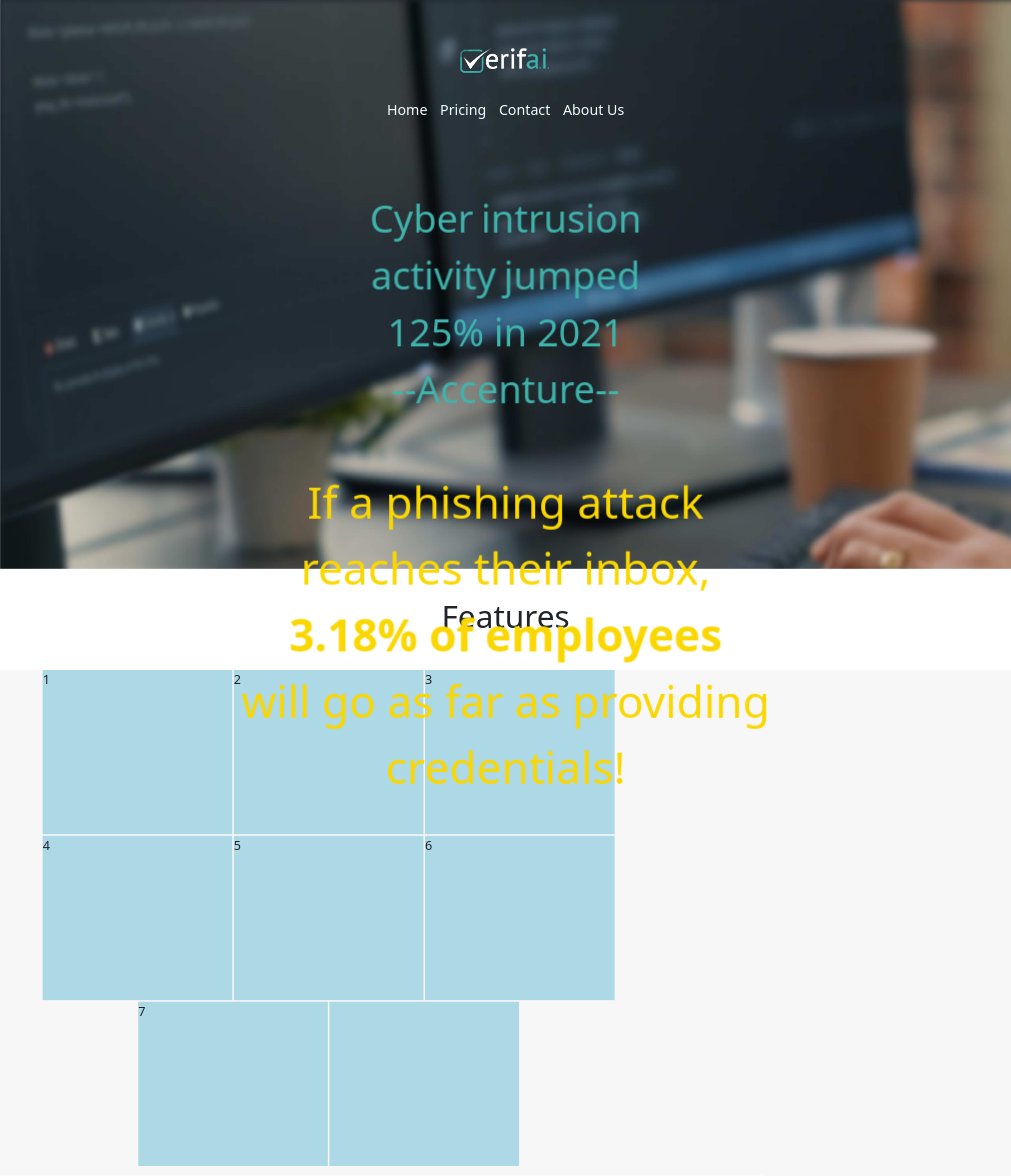
Repository: Ali-VB/verif-website
Page: /
An editor plug-in stored every save of this project. The page is shown before and after a run of saves, followed by the edit.
The browser window is 1280 px wide. The pictures show the whole page, at 79% of full size.
The project was rebuilt for these pictures with package versions that can differ from the ones it lists, and the page was loaded fresh each time.

Above is the page before, as saved 2022-04-19 10:59:25.

### src/index.css
 body {
  margin: 0;
  padding: 0;
  font-family: -apple-system, BlinkMacSystemFont, 'Segoe UI', 'Roboto', 'Oxygen',
    'Ubuntu', 'Cantarell', 'Fira Sans', 'Droid Sans', 'Helvetica Neue',
    sans-serif;
  -webkit-font-smoothing: antialiased;
  -moz-osx-font-smoothing: grayscale;
}

/* code {
  font-family: source-code-pro, Menlo, Monaco, Consolas, 'Courier New',
    monospace;
}  */

### src/App.js
import React from "react";
import './App.css'
import Navbar from './components/Navbar/Navbar';
import Features from './components/Features/Features'
import Header from './components/Header/Header'


function App() {
  return (
    <div>
      <div className="nav-bg">
        <Navbar />
        <Header />

      </div>
       <Features />
    </div>

  );
}

export default App;

### src/App.css

.nav-bg{
    background-image: url("./Assets/imgs/nav-bg.png");
    height: 100vh;
}

### src/components/Navbar/Navbar.jsx
import React from "react";
import "./Navbar.css";
import verifLogo from "../../Assets/imgs/logo_verif_white.png";
import Header from "../Header/Header";

function Navbar() {
  return (
    <div className="container">
      <div className=" navbar">
        <img className="verif-logo" src={verifLogo} alt="verif-logo" />
        <ul className="navLink">
          <li>Home</li>
          <li>Pricing</li>
          <li>Contact</li>
          <li>About Us</li>
        </ul>
      </div>
    </div>
  );
}

export default Navbar;

### src/components/Features/Features.jsx
import React from "react";
import "./Features.css";
const Features = () => {
  return (
    <div>
      <div className="features-title-section">
        <h1 className="features-title">Features</h1>
      </div>
      <div className="features-section">
        <div className="feature-table">
          <div>1</div>
          <div>2</div>
          <div>3</div>
          <div>4</div>
          <div>5</div>
          <div>6</div>
          <div>7</div>
          <div></div>
        </div>
      </div>
    </div>
  );
};

export default Features;

### src/components/Header/Header.jsx
import React from "react";
import "./Header.css";

export default function Header() {
  return (
    <div className="header-animated">
      <div className="text-first">
        <span className="text-first-span">Cyber</span>
        <span className="text-first-span">intrusion</span>
        <span className="text-first-span">activity</span>
        <span className="text-first-span">jumped</span>
        <span className="text-first-span">125% in 2021</span>
        <span className="text-first-span">--Accenture--</span>
      </div>
      <div className="text-second">
        <span className="text-second-span">If a phishing attack reaches their inbox,</span>
        <span className="text-second-span">3.18% of employees</span>
        <span className="text-second-span">
          will go as far as providing credentials!
        </span>
      </div>
    </div>
  );
}

### src/components/Navbar/Navbar.css

.navbar{
    display: flex;
    flex-direction: column;
    justify-content: center;
    height:10rem;
}
.verif-logo{
    width: 8rem;
    margin-top: 3rem;
}
.verif-logo:hover{
    cursor: pointer;
}
.navLink{
    margin: 0;
    padding:0;
    list-style-type: none;
    display: flex;
    color: azure;
    font-size: 18px;
    gap: 1rem;

}
.navLink:hover{
    cursor: pointer;
}

### src/components/Features/Features.css
.features-title-section{
    height: 8rem;
    display: flex;
    justify-content: center;
    align-items: center;
}
.features-title{

}
.features-section{
    height: 40rem;
    background-color: #f7f7f7;
}
.feature-table{
    display: flex;
    flex-wrap: wrap;
    justify-content: center;
    align-items: center;
    align-content: center;
    width: 65%;
    /* height: 80vh; */
    overflow: auto;
    flex-direction: row;
    gap: 2px ;
}
.feature-table div{
    width: 15rem;
    height: 13rem;
    /* margin: 5px; */
    background-color: lightblue;
    /* border: 1px solid red; */
}

### src/components/Header/Header.css
.header-animated{
    overflow-wrap:break-word;
    margin:0 auto;
    padding: 3rem 5rem;
}

.text-first {
    padding: 2rem 2rem;
    color: #40B3AC;
    font-size:3rem;
    width: 40%;
    margin: 0 auto;
    text-align: center;
    transform: scale(0.94);
    animation: scale 2s forwards cubic-bezier(0.5, 1, 0.89, 1);
  }
.text-second {
    padding: 2rem 2rem;
    color: #FAD700;
    font-size:3.5rem;
    width: 70%;
    margin: 0 auto;
    text-align: center;
    transform: scale(0.94);
    animation: scale 3s forwards cubic-bezier(0.5, 1, 0.89, 1);
  }
  @keyframes scale {
    100% {
      transform: scale(1);
    }
  }

  .text-first-span {
    display: inline-block;
    opacity: 0;
    filter: blur(4px);
  }

  .text-first-span:nth-child(1) {
    animation: fade-in 1s 0.1s forwards cubic-bezier(0.11, 0, 0.5, 0);
    margin: 0 0.3rem;
  }

  .text-first-span:nth-child(2) {
    animation: fade-in 1s 0.3s forwards cubic-bezier(0.11, 0, 0.5, 0);
    margin: 0 0.3rem;
  }

  .text-first-span:nth-child(3) {
    animation: fade-in 1s 0.5s forwards cubic-bezier(0.11, 0, 0.5, 0);
    margin: 0 0.3rem;
  }

  .text-first-span:nth-child(4) {
    animation: fade-in 1s 0.7s forwards cubic-bezier(0.11, 0, 0.5, 0);
    margin: 0 0.3rem;
  }

  .text-first-span:nth-child(5) {
    animation: fade-in 1s 0.9s forwards cubic-bezier(0.11, 0, 0.5, 0);
    margin: 0 0.3rem;
  }
  .text-first-span:nth-child(6) {
    animation: fade-in 1s 0.9s forwards cubic-bezier(0.11, 0, 0.5, 0);
    margin: 0 0.3rem;
  }

  .text-second-span {
    display: inline-block;
    opacity: 0;
    filter: blur(4px);
  }

  .text-second-span:nth-child(1) {
    animation: fade-in 1.2s 2.2s forwards cubic-bezier(0.11, 0, 0.5, 0);
    margin: 0 0.3rem;
  }

  .text-second-span:nth-child(2) {
    animation: fade-in 1.8s 2.6s forwards cubic-bezier(0.11, 0, 0.5, 0);
    margin: 0 0.3rem;
    font-weight: bolder;
  }

  .text-second-span:nth-child(3) {
    animation: fade-in 1.2s 3.6s forwards cubic-bezier(0.11, 0, 0.5, 0);
    margin: 0 0.3rem;
  }


  @keyframes fade-in {
    100% {
      opacity: 1;
      filter: blur(0);
    }
  }

  @media only screen and (max-width: 992px) {
    .text-first {
        margin-top: 3rem;
        margin-bottom: 2rem;
        padding: 0.1rem 0.1rem;
        width: 90%;
        font-size:3.5rem;


      }
      .text-second {
        padding: 0.1rem 0.1rem;
        width: 90%;
        font-size:4rem;

      }
  }

  @media only screen and (max-width: 768px) {
    .text-first {
        margin-top: 4.5rem;
        margin-bottom: 3rem;
        padding: 0.1rem 0.1rem;
        width: 90%;
        font-size:1.5rem;


      }
    .text-second {
        padding: 0.1rem 0.1rem;
        width: 90%;
        font-size:2.1rem;

      }
  }

Loaded but not shown: public/index.html (common file); src/index.js (common file); src/reportWebVitals.js (common file)

After the next 9 saves:
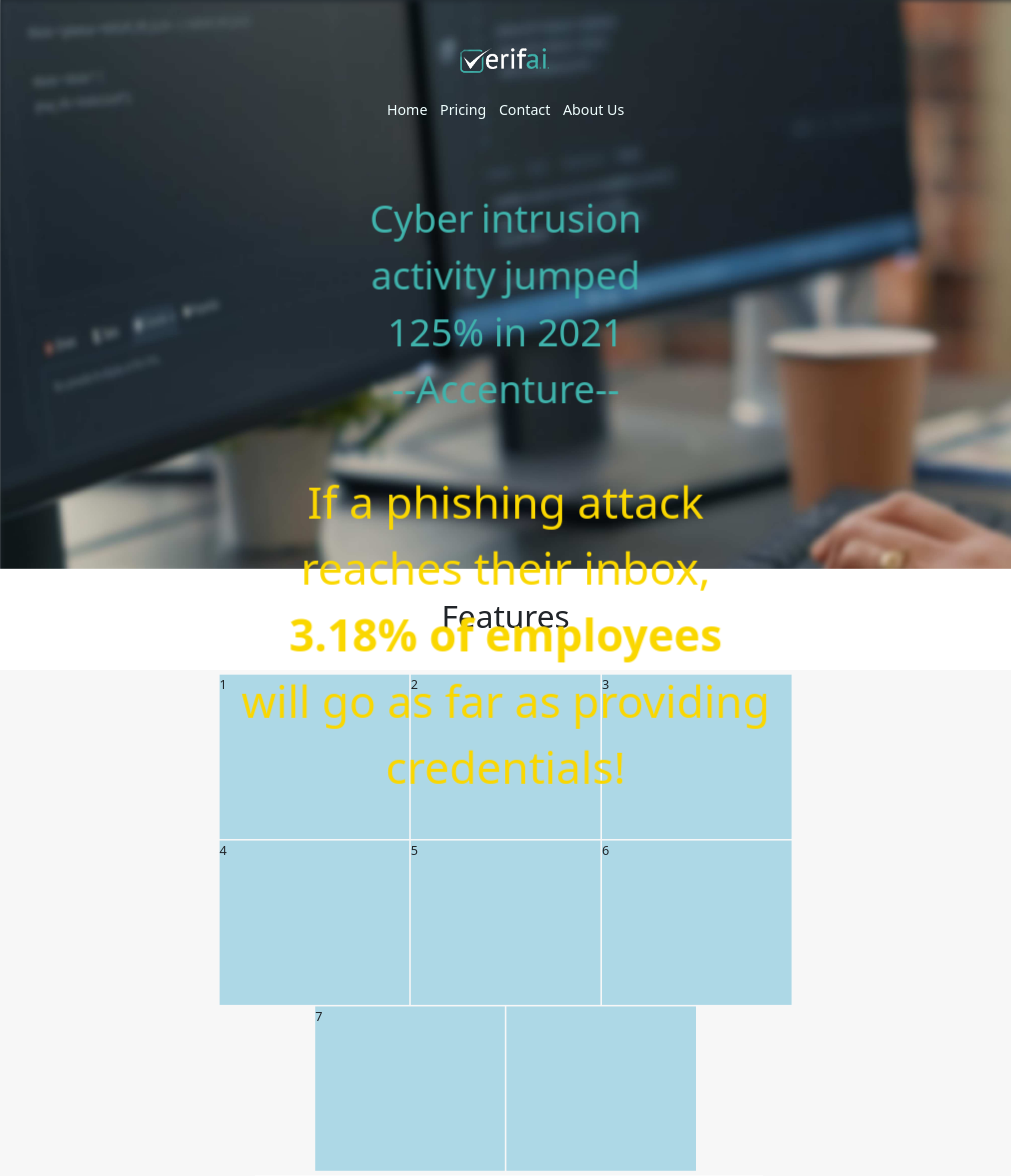
The 9 saves are shown as one change because they came seconds apart.
The last was saved 4 min 29 s later.
--- a/src/components/Features/Features.css
+++ b/src/components/Features/Features.css
@@ -10,6 +10,9 @@
 .features-section{
     height: 40rem;
     background-color: #f7f7f7;
+    display: flex;
+    justify-content: center;
+    al
 }
 .feature-table{
     display: flex;
